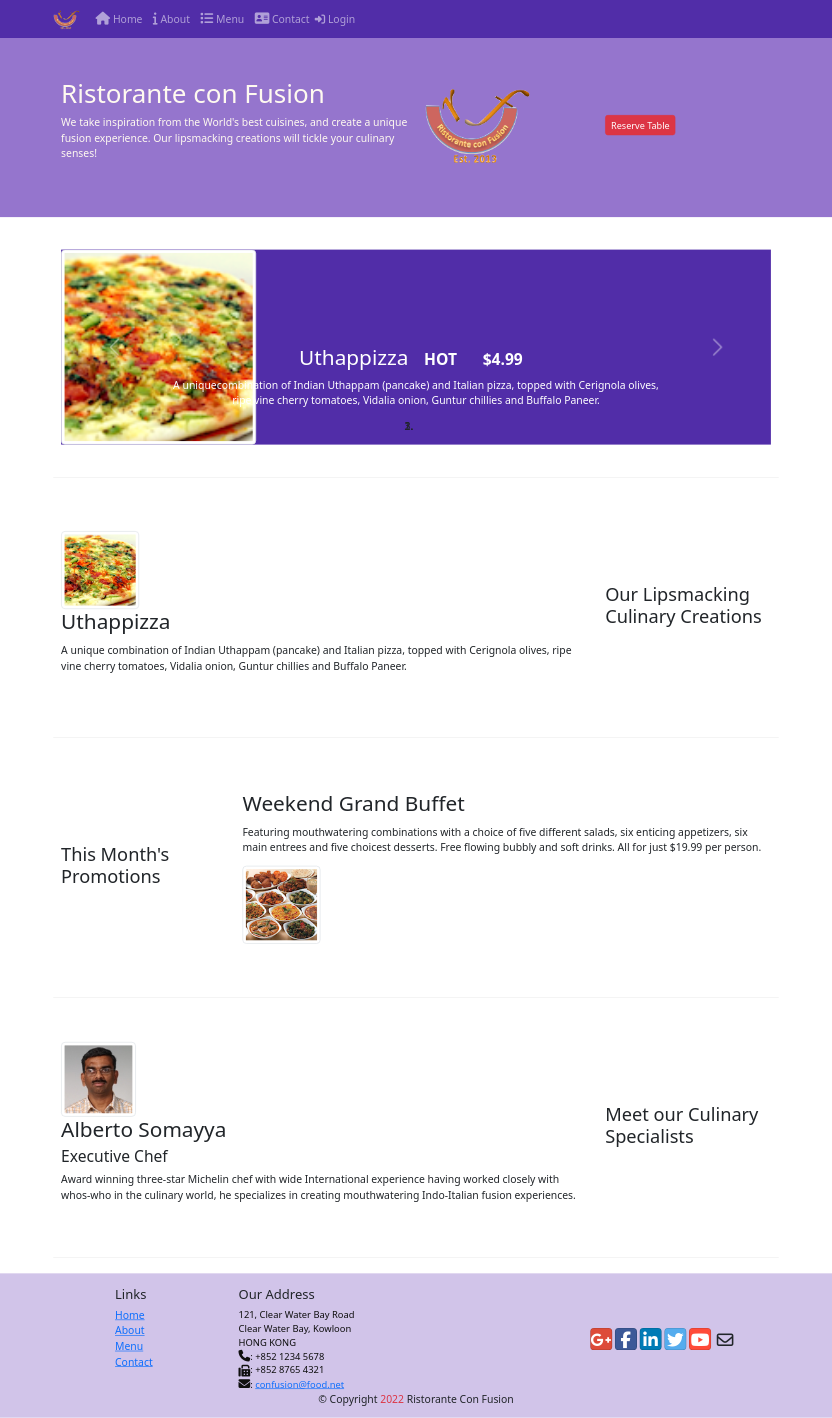
Repository: DungBuiTuan/LAB_FER201m
Page: index.html
An editor plug-in stored every save of this project. The page is shown before and after the next save, followed by the edit.
The browser window is 1280 px wide. The pictures show the whole page, at 65% of full size.
Some web libraries are served in a nearby version.

Above is the page before, as saved 2023-05-28 18:25:02.
Console error: ReferenceError: $ is not defined

### index.html
<!DOCTYPE html>
<html lang="en">

<head>

    <meta charset="utf-8">
    <meta name="viewport" content="width=device-width, initial-scale=1, shrink-to-fit=no">
    <meta http-equiv="x-ua-compatible" content="ie=edge">
    <link rel="stylesheet" href="node_modules/bootstrap/dist/css/bootstrap.min.css" />
    <link rel="stylesheet" href="node_modules/font-awesome/css/font-awesome.min.css">
    <link rel="stylesheet" href="node_modules/bootstrap-social/bootstrap-social.css">
    <link href="css/styles.css" rel="stylesheet">
    <title>Ristorante Con Fusion</title>

</head>

<body>

    <nav class="navbar navbar-dark navbar-expand-md fixed-top">
        <div class="container">
            <button class="navbar-toggler" type="button" data-toggle="collapse" data-target="#Navbar">
                <span class="navbar-toggler-icon"></span>
            </button>
            <a class="navbar-brand mr-auto" href="#"><img src="img/logo.png" height="30" width="41"></a>
            <div class="collapse navbar-collapse" id="Navbar">
                <ul class="navbar-nav">
                    <li class="nav-item active"><a class="nav-link" href="#"><span class="fa fa-home fa-lg"></span>
                            Home</a></li>
                    <li class="nav-item"><a class="nav-link" href="./aboutus.html"><span
                                class="fa fa-info fa-lg"></span> About</a></li>
                    <li class="nav-item"><a class="nav-link" href="#"><span class="fa fa-list fa-lg"></span> Menu</a>
                    </li>
                    <li class="nav-item"><a class="nav-link" href="./contactus.html"><span
                                class="fa fa-address-card fa-lg"></span> Contact</a></li>
                </ul>
                <span class="navbar-text ml-auto">
                    <a data-toggle="modal" data-target="#loginModal">
                        <span class="fa fa-sign-in"></span> Login</a>
                </span>
            </div>
        </div>

    </nav>


    <header class="jumbotron">
        <div class="container">
            <div class="row row-header">
                <div class="col-12 col-sm-6">
                    <h1>Ristorante con Fusion</h1>
                    <p>We take inspiration from the World's best cuisines, and create a unique fusion experience. Our
                        lipsmacking creations will tickle your culinary senses!</p>
                </div>
                <div class="col-12 col-sm align-self-center">
                    <img src="img/logo.png" class="img-fluid">
                </div>
                <div class="col-12 col-sm align-self-center">
                    <a role="button" class="btn btn-block btn-sm btn-danger" href="#ReverseModal" data-toggle="modal">Reserve Table</a>
                </div>
            </div>
        </div>
    </header>

    <div class="container">
        <div id="loginModal" class="modal fade" role="dialog">
            <div class="modal-dialog modal-lg" role="content">
                <!-- Modal content-->
                <div class="modal-content">
                    <div class="modal-header">
                        <h4 class="modal-title">Login</h4>
                        <button type="button" class="close" data-dismiss="modal">&times;</button>
                    </div>
                    <div class="modal-body">
                        <form>
                            <div class="form-row">
                                <div class="form-group col-sm-4">
                                    <label class="sr-only ">Email address</label>
                                    <input type="email" class="form-control form-control-sm" placeholder="Enter email">
                                </div>
                                <div class="form-group col-sm-4">
                                    <label class="sr-only">Password</label>
                                    <input type="password" class="form-control form-control-sm " placeholder="Password">
                                </div>
                                <div class="col-sm-auto">
                                    <div class="form-check">
                                        <input class="form-check-input" type="checkbox">
                                        <label class="form-check-label"> Remember me
                                        </label>
                                    </div>
                                </div>
                            </div>
                            <div class="form-row">
                                <button type="button" class="btn btn-primary btn-sm ml-auto"
                                    data-dismiss="modal">Cancel</button>
                                <button type="submit" class="btn btn-success btn-sm ml-1">Sign in</button>
                            </div>
                        </form>
                    </div>
                </div>
            </div>
        </div>

        <!--Carousell-->
        <div class="row row-content">
            <div class="col">
                <div id="mycarousel" class="carousel slide" data-ride="carousel">
                    <ol class="carousel-indicators">
                        <li data-target="#mycarousel" data-slide-to="0" class="active"></li>
                        <li data-target="#mycarousel" data-slide-to="1"></li>
                        <li data-target="#mycarousel" data-slide-to="2"></li>
                    </ol>
                    <div class="carousel-inner" role="listbox">
                        <div class="carousel-item active">
                            <img class="d-block img-thumbnail" src="img/uthappizza.png" alt="Uthappizza">
                            <div class="carousel-caption d-none d-md-block">
                                <h2>Uthappizza
                                    <span class="badge badge-danger">HOT</span>
                                    <span class="badge badge-pill badge-success">$4.99</span>
                                </h2>
                                <p class="d-none d-sm-block text-monospace">
                                    A uniquecombination of Indian Uthappam (pancake) and Italian
                                    pizza, topped with Cerignola olives, ripe vine cherry tomatoes,
                                    Vidalia onion, Guntur chillies and Buffalo Paneer.
                                </p>
                            </div>
                        </div>
                        <div class="carousel-item">
                            <img class="d-block img-thumbnail" src="img/buffet.png" alt="Grand Buffet">
                            <div class="carousel-caption d-none d-md-block">
                                <h2 class="mt-0">
                                    Weekend Grand Buffet <span class="badge badge-info">NEW</span>
                                </h2>
                                <p class="d-none d-sm-block text-monospace">
                                    Featuring mouthwatering combinations with a choice of five
                                    different salads, six enticing appetizers, six main entrees and
                                    five choicest desserts. Free flowing bubbly and soft drinks. All
                                    for just $19.99 per person.
                                </p>
                            </div>
                        </div>
                        <div class="carousel-item">
                            <img class="d-block img-thumbnail" src="img/alberto.png" alt="Alberto Somayya">
                            <div class="carousel-caption d-none d-md-block">
                                <h2 class="mt-0">Alberto Somayya
                                    <span class="badge badge-warning">Executive Chef</span>
                                </h2>
                                <p class="d-none d-sm-block text-monospace">
                                    Award winning three-star Michelin chef with wide International
                                    experience having worked closely with whos-who in the culinary
                                    world, he specializes in creating mouthwatering Indo-Italian
                                    fusion experiences.
                                </p>
                            </div>
                        </div>
                    </div>
                    <a class="carousel-control-prev" href="#mycarousel" role="button" data-slide="prev">
                        <span class="carousel-control-prev-icon"></span>
                    </a>
                    <a class="carousel-control-next" href="#mycarousel" role="button" data-slide="next">
                        <span class="carousel-control-next-icon"></span>
                    </a>

                </div>
            </div>
        </div>



        <div class="row row-content align-items-center">
            <div class="col-sm-4 col-md-3 order-sm-2 order-1">
                <h3>Our Lipsmacking Culinary Creations</h3>
            </div>
            <div class="col-sm col-md order-sm-1 order-2">
                <div class="media">
                    <img class="d-flex mr-3 img-thumbnail align-self-center" src="img/uthappizza.png" alt="Uthappizza">
                    <div class="media-body">
                        <h2 class="mt-0">Uthappizza <span class="badge badge-danger">HOT</span> <span
                                class="badge badge-pill badge-primary">$4.99</span></h2>
                        <p class="d-none d-sm-block">A unique combination of Indian Uthappam (pancake) and
                            Italian pizza, topped with Cerignola olives, ripe vine
                            cherry tomatoes, Vidalia onion, Guntur chillies and
                            Buffalo Paneer.
                        </p>
                    </div>
                </div>
            </div>
        </div>

        <div class="row row-content align-items-center">
            <div class="col-sm-4 col-md-3">
                <h3>This Month's Promotions</h3>
            </div>
            <div class="col-sm col-md">
                <div class="media">
                    <div class="media-body">
                        <h2 class="mt-0">Weekend Grand Buffet <span class="badge badge-danger">NEW</span></h2>
                        <p class="d-none d-sm-block">Featuring mouthwatering combinations with a choice of
                            five different salads, six enticing appetizers, six main entrees and five choicest
                            desserts.
                            Free flowing bubbly and soft drinks. All for just $19.99 per person.
                        </p>
                    </div>
                    <img class="d-flex mr-3 img-thumbnail align-self-center" src="img/buffet.png" alt="Grand Buffet">
                </div>
            </div>
        </div>

        <div class="row row-content align-items-center">
            <div class="col-sm-4 col-md-3 order-sm-2 order-1">
                <h3>Meet our Culinary Specialists</h3>
            </div>
            <div class="col-sm col-md order-sm-1 order-2">
                <div class="media">
                    <img class="d-flex mr-3 img-thumbnail align-self-center" src="img/alberto.png"
                        alt="Alberto Somayya">
                    <div class="media-body">
                        <h2 class="mt-0">Alberto Somayya</h2>
                        <h4>Executive Chef</h4>
                        <p class="d-none d-sm-block">Award winning three-star Michelin chef with wide
                            International experience having worked closely with
                            whos-who in the culinary world, he specializes in
                            creating mouthwatering Indo-Italian fusion experiences.
                        </p>
                    </div>
                </div>
            </div>
        </div>

        <div id="ReverseModal" class="modal fade" role="dialog">
            <div class="modal-dialog modal-lg" role="content">
                <div class="modal-content">
                    <div class="modal-header">
                        <h4 class="modal-title">Reserve a Table</h4>
                        <button type="button" class="close" data-dismiss="modal">&times;</button>
                    </div>
                    <div class="card-body">
                        <br class="row">
                        <div class="row mb-3">
                            <dd class="col-12 col-md-3">Number of Guests</dd>
                            <dd class="col-12 col-md-8">
                                <div class="form-check row ">
                                    <label class="form-check-inline" for="radio1">
                                        <input type="radio" class="form-check-input" id="radio1" name="optradio"
                                            value="option1">1
                                    </label>
                                    <label class="form-check-inline" for="radio2">
                                        <input type="radio" class="form-check-input" id="radio2" name="optradio"
                                            value="option2">2
                                    </label>
                                    <label class="form-check-inline" for="radio3">
                                        <input type="radio" class="form-check-input" id="radio3" name="optradio"
                                            value="option3">3
                                    </label>
                                    <label class="form-check-inline" for="radio4">
                                        <input type="radio" class="form-check-input" id="radio4" name="optradio"
                                            value="option1">4
                                    </label>
                                    <label class="form-check-inline" for="radio5">
                                        <input type="radio" class="form-check-input" id="radio5" name="optradio"
                                            value="option2">5
                                    </label>
                                    <label class="form-check-inline col-12 col-sm-1" for="radio6">
                                        <input type="radio" class="form-check-input" id="radio6" name="optradio"
                                            value="option3">6
                                    </label>
                                </div>
                            </dd>
                        </div>
                        <div class="row mb-3">
                            <dd class="col-12 col-md-3">Section</dd>
                            <div class="btn-group col-12 col-sm-12 col-md-8" data-toggle="buttons">
                                <label class="btn btn-success active">
                                    <input class="d-none" type="radio" id="nonSmoking" autocomplete="off" name="section"
                                        checked>Non-Smoking
                                </label>
                                <label class="btn btn-danger">
                                    <input class="d-none" type="radio" id="smoking" autocomplete="off" name="section"
                                        checked>Smoking
                                </label>
                            </div>
                        </div>
                        <div class="row">
                            <dd class="col-12 col-md-3">Date and Time</dd>
                            <dd class="col-12 col-md-9">
                                <div class="form-group row">
                                    <div class="col-12 col-md-6">
                                        <input type="tel" class="form-control" id="areacode" name="areacode"
                                            placeholder="Date">
                                    </div>
                                    <div class="col-12 col-md-6">
                                        <input type="tel" class="form-control" id="telnum" name="telnum"
                                            placeholder="Time">
                                    </div>
                                    <div class="form-group row">
                                        <div class="offset-md-2 offset-2 col-md-8">
                                            <br>
                                            <button type="submit" class="btn badge-primary">Cancel</button>
                                        </div>

                                    </div>
                                    <div class="form-group row">
                                        <div class="offset-md-2 offset-2 col-md-8">
                                            <br>
                                            <button type="submit" class="btn badge-danger">Reserve</button>
                                        </div>
                                    </div>
                                </div>
                            </dd>
                        </div>
                        </br>
                    </div>

                </div>
            </div>
        </div>
    </div>
    <br>

    <footer class="footer">
        <div class="container">
            <div class="row">
                <div class="col-5 offset-1 col-sm-2">
                    <h5>Links</h5>
                    <ul class="list-unstyled">
                        <li><a href="#">Home</a></li>
                        <li><a href="./aboutus.html">About</a></li>
                        <li><a href="#">Menu</a></li>
                        <li><a href="./contactus.html">Contact</a></li>
                    </ul>
                </div>
                <div class="col-6 col-sm-5">
                    <h5>Our Address</h5>
                    <address>
                        121, Clear Water Bay Road<br />
                        Clear Water Bay, Kowloon<br />
                        HONG KONG<br />
                        <i class="fa fa-phone fa-lg"></i>: +852 1234 5678<br />
                        <i class="fa fa-fax fa-lg"></i>: +852 8765 4321<br />
                        <i class="fa fa-envelope fa-lg"></i>:
                        <a href="mailto:confusion@food.net">confusion@food.net</a>
                    </address>
                </div>
                <div class="col col-sm-4 align-self-center">
                    <div style="text-align: center">
                        <a class="btn btn-social-icon btn-google-plus" href="http://google.com/+"><i
                                class="fa fa-google-plus"></i></a>
                        <a class="btn btn-social-icon btn-facebook" href="http://www.facebook.com/profile.php?id="><i
                                class="fa fa-facebook"></i></a>
                        <a class="btn btn-social-icon btn-linkedin" href="http://www.linkedin.com/in/"><i
                                class="fa fa-linkedin"></i></a>
                        <a class="btn btn-social-icon btn-twitter" href="http://twitter.com/"><i
                                class="fa fa-twitter"></i></a>
                        <a class="btn btn-social-icon btn-youtube" href="http://youtube.com/"><i
                                class="fa fa-youtube"></i></a>
                        <a class="btn btn-social-icon" href="mailto:"><i class="fa fa-envelope-o"></i></a>
                    </div>
                </div>
            </div>
            <div class="row justify-content-center">
                <div class="col-auto">
                    <p>
                        © Copyright <span class="text-danger">2022</span> Ristorante Con
                        Fusion
                    </p>
                </div>
            </div>
        </div>
    </footer>

    <script>
        $(document).ready(function () {
            $('[data-toggle="tooltip"]').tooltip();
        });
    </script>
    <script src="node_modules/jquery/dist/jquery.slim.min.js"></script>
    <script src="node_modules/popper.js/dist/umd/popper.min.js"></script>
    <script src="node_modules/bootstrap/dist/js/bootstrap.min.js"></script>

</body>

</html>

### css/styles.css
.row-header {
  margin: 0px auto;
  padding: 0px;
}

.row-content {
  margin: 0 auto;
  padding: 50px 0px 50px 0px;
  border-bottom: 1px ridge;
  min-height: 400px;
}

.footer {
  background-color: #d1c4e9;
  margin: 0px auto;
  padding: 20px 0px 0px 0px;
}

.jumbotron {
  padding: 70px 30px 70px 30px;
  margin: 0px auto;
  background: #9575cd;
  color: floralwhite;
}

address {
  font-size: 90%;
  margin: 0px;
  color: #0f0f0f;
}

body {
  padding: 50px 0px 0px 0px;
  z-index: 0;
}

.navbar-dark {
  background-color: #512da8;
}

.google-map {
  padding: 10px 0px;
  border-radius: 100%;
  overflow: hidden;
}
.tab-content {
  border-left: 1px solid #ddd;
  border-right: 1px solid #ddd;
  border-bottom: 1px solid #ddd;
  padding: 10px;
}
.carousel {
  background:#512DA8;
}
.carousel-item {
height: 300px;
}
.carousel-item img {
  position: absolute;
  top: 1;
  left: 0;
  min-height: 300px;
}

Loaded but not shown: css/bootstrap-social.css (library)

After the next save:
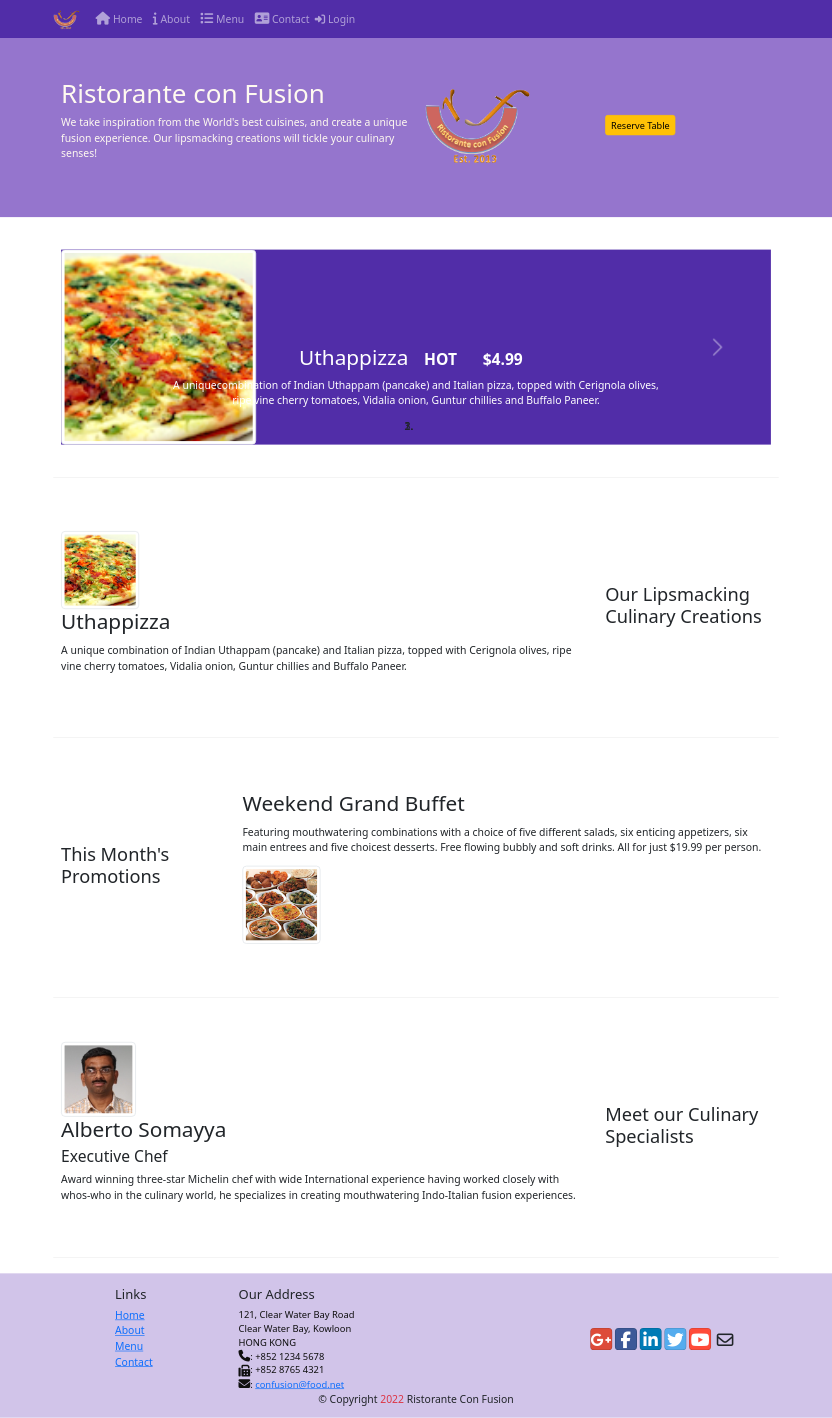
Saved 3 h 5 min later.
--- a/index.html
+++ b/index.html
@@ -55,7 +55,7 @@
                     <img src="img/logo.png" class="img-fluid">
                 </div>
                 <div class="col-12 col-sm align-self-center">
-                    <a role="button" class="btn btn-block btn-sm btn-danger" href="#ReverseModal" data-toggle="modal">Reserve Table</a>
+                    <a role="button" class="btn btn-block btn-sm btn-warning" href="#ReverseModal" data-toggle="modal">Reserve Table</a>
                 </div>
             </div>
         </div>
